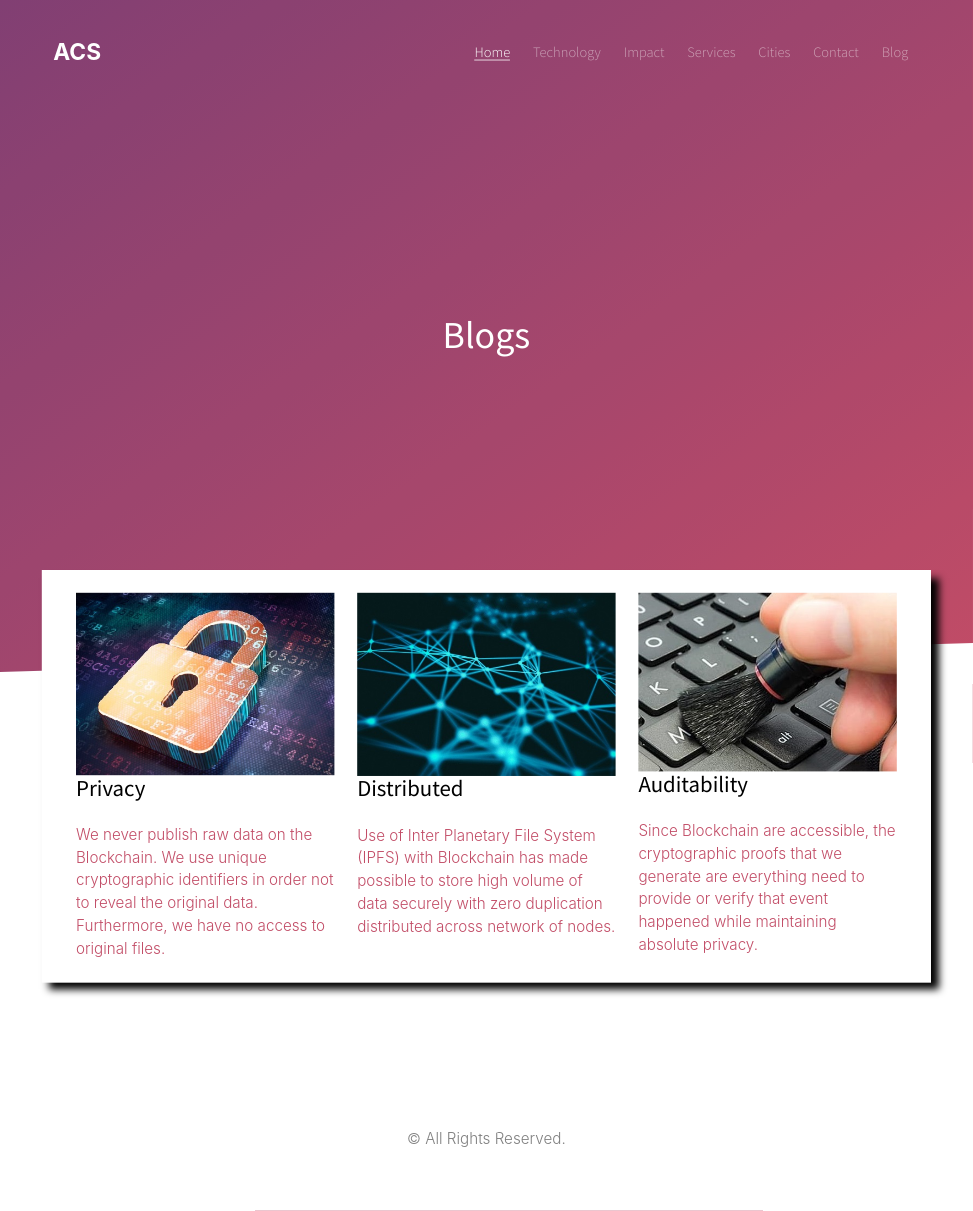
Repository: agarwalrahul-22/acs
Page: /blog
These files come from the project's save history. The page is drawn as it stood at one moment and after the next save; the edit follows.
The browser window is 1280 px wide. The pictures show the whole page, at 76% of full size.
Some web fonts or font styles are not loaded; a fallback is used. The project was rebuilt for these pictures with package versions that can differ from the ones it lists, and the page was loaded fresh each time. Also part of the build but not shown: src/components/main/LandingComponent.js, src/components/main/TechComponent.js, src/components/main/ImpactComponent.js, src/components/main/ServicesComponent.js, src/components/main/CitiesComponent.js, src/components/MainComponent.js.

Above is the page before, as saved 2022-10-10 22:07:30.

### public/index.html
<!DOCTYPE html>
<html lang="en">
  <head>
    <meta charset="utf-8" />
    <link rel="icon" href="%PUBLIC_URL%/favicon.ico" />
    <meta name="viewport" content="width=device-width, initial-scale=1" />
    <meta name="theme-color" content="#000000" />
    <meta name="description" content="Blockchain based Atithi Compliance System" />
    <link rel="apple-touch-icon" href="%PUBLIC_URL%/logo192.png" />
    <link href='https://fonts.googleapis.com/css?family=Source+Sans+Pro:400,300,600,400italic,700' rel='stylesheet'
      type='text/css'>
    <link rel="stylesheet" href="css/animate.css">
    <link rel="stylesheet" href="css/icomoon.css">
    <link rel="stylesheet" href="css/simple-line-icons.css">
    <link rel="stylesheet" href="css/magnific-popup.css">
    <link rel="stylesheet" href="css/bootstrap.css">
    <link rel="stylesheet" href="css/style3.css">
    <!--
      manifest.json provides metadata used when your web app is installed on a
      user's mobile device or desktop. See https://developers.google.com/web/fundamentals/web-app-manifest/
    -->
    <link rel="manifest" href="%PUBLIC_URL%/manifest.json" />
    <!--
      Notice the use of %PUBLIC_URL% in the tags above.
      It will be replaced with the URL of the `public` folder during the build.
      Only files inside the `public` folder can be referenced from the HTML.

      Unlike "/favicon.ico" or "favicon.ico", "%PUBLIC_URL%/favicon.ico" will
      work correctly both with client-side routing and a non-root public URL.
      Learn how to configure a non-root public URL by running `npm run build`.
    -->
    <title>Atithi Compliance System</title>
  </head>
  <body>
    <noscript>You need to enable JavaScript to run this app.</noscript>
    <div id="root"></div>
    <!--
      This HTML file is a template.
      If you open it directly in the browser, you will see an empty page.

      You can add webfonts, meta tags, or analytics to this file.
      The build step will place the bundled scripts into the <body> tag.

      To begin the development, run `npm start` or `yarn start`.
      To create a production bundle, use `npm run build` or `yarn build`.
    -->
  </body>
</html>

### src/components/BlogComponent.js
import React from 'react'
import report from "../images/report.svg";
import blockchain from "../images/blockchain.svg";
import img7 from "../images/img_7.jpg";
import img8 from "../images/img_8.jpg";
import img10 from "../images/img_10.jpg";
import fullimage2 from "../images/full_image_2.jpg";
import privacy from "../images/privacy_acs.jpg";
import distributed from "../images/distributed_acs.jpg";
import audit from "../images/audit_acs.jpg";
function BlogComponent() {
  return (
    <div>
      <section
        id="fh5co-home"
        data-section="home"
        style={{ backgroundImage: { fullimage2 } }}
        data-stellar-background-ratio="0.5"
      >
        <div className="gradient"></div>
        <div className="container">
          <div className="text-wrap">
            <div className="text-inner">
              <h1 className="to-animate">Blogs </h1>
            </div>
          </div>
        </div>
        <div className="slant"></div>
      </section>
      <section id="fh5co-intro">
        <div className="container">
          <div className="row row-bottom-padded-lg"
          style={{backgroundColor:'white', padding:'30px', boxShadow:'10px 10px 10px black'}}
          >
            <div className="col-md-4 col-sm-6 col-xxs-12">
              <a
                href={privacy}
                className="fh5co-project-item image-popup to-animate"
              >
                <img src={privacy} alt="Image" className="img-responsive" />
                <div className="fh5co-text">
                  <h2>Privacy</h2>
                  <span>
                    We never publish raw data on the Blockchain. We use unique
                    cryptographic identifiers in order not to reveal the
                    original data. Furthermore, we have no access to original
                    files.
                  </span>
                </div>
              </a>
            </div>
            <div className="col-md-4 col-sm-6 col-xxs-12">
              <a
                href={distributed}
                className="fh5co-project-item image-popup to-animate"
              >
                <img src={distributed} alt="Image" className="img-responsive" />
                <div className="fh5co-text">
                  <h2>Distributed</h2>
                  <span>
                    Use of Inter Planetary File System (IPFS) with Blockchain
                    has made possible to store high volume of data securely with
                    zero duplication distributed across network of nodes.
                  </span>
                </div>
              </a>
            </div>
            <div className="col-md-4 col-sm-6 col-xxs-12">
              <a
                href={audit}
                className="fh5co-project-item image-popup to-animate"
              >
                <img src={audit} alt="Image" className="img-responsive" />
                <div className="fh5co-text">
                  <h2>Auditability</h2>
                  <span>
                    Since Blockchain are accessible, the cryptographic proofs
                    that we generate are everything need to provide or verify
                    that event happened while maintaining absolute privacy.
                  </span>
                </div>
              </a>
            </div>
          </div>
        </div>
      </section>
    </div>
  );
}

export default BlogComponent;

### public/css/simple-line-icons.css
@font-face {
  font-family: 'simple-line-icons';
  src:  url('../fonts/simple-line-icons/Simple-Line-Icons.eot?v=2.2.2');
  src:  url('../fonts/simple-line-icons/Simple-Line-Icons.eot?#iefix&v=2.2.2') format('embedded-opentype'),
        url('../fonts/simple-line-icons/Simple-Line-Icons.ttf?v=2.2.2') format('truetype'),
        url('../fonts/simple-line-icons/Simple-Line-Icons.woff2?v=2.2.2') format('woff2'),
        url('../fonts/simple-line-icons/Simple-Line-Icons.woff?v=2.2.2') format('woff'),
        url('../fonts/simple-line-icons/Simple-Line-Icons.svg?v=2.2.2#simple-line-icons') format('svg');
  font-weight: normal;
  font-style: normal;
}
/*
 Use the following CSS code if you want to have a class per icon.
 Instead of a list of all class selectors, you can use the generic [class*="icon-"] selector, but it's slower:
*/
.icon-user,
.icon-people,
.icon-user-female,
.icon-user-follow,
.icon-user-following,
.icon-user-unfollow,
.icon-login,
.icon-logout,
.icon-emotsmile,
.icon-phone,
.icon-call-end,
.icon-call-in,
.icon-call-out,
.icon-map,
.icon-location-pin,
.icon-direction,
.icon-directions,
.icon-compass,
.icon-layers,
.icon-menu,
.icon-list,
.icon-options-vertical,
.icon-options,
.icon-arrow-down,
.icon-arrow-left,
.icon-arrow-right,
.icon-arrow-up,
.icon-arrow-up-circle,
.icon-arrow-left-circle,
.icon-arrow-right-circle,
.icon-arrow-down-circle,
.icon-check,
.icon-clock,
.icon-plus,
.icon-close,
.icon-trophy,
.icon-screen-smartphone,
.icon-screen-desktop,
.icon-plane,
.icon-notebook,
.icon-mustache,
.icon-mouse,
.icon-magnet,
.icon-energy,
.icon-disc,
.icon-cursor,
.icon-cursor-move,
.icon-crop,
.icon-chemistry,
.icon-speedometer,
.icon-shield,
.icon-screen-tablet,
.icon-magic-wand,
.icon-hourglass,
.icon-graduation,
.icon-ghost,
.icon-game-controller,
.icon-fire,
.icon-eyeglass,
.icon-envelope-open,
.icon-envelope-letter,
.icon-bell,
.icon-badge,
.icon-anchor,
.icon-wallet,
.icon-vector,
.icon-speech,
.icon-puzzle,
.icon-printer,
.icon-present,
.icon-playlist,
.icon-pin,
.icon-picture,
.icon-handbag,
.icon-globe-alt,
.icon-globe,
.icon-folder-alt,
.icon-folder,
.icon-film,
.icon-feed,
.icon-drop,
.icon-drawar,
.icon-docs,
.icon-doc,
.icon-diamond,
.icon-cup,
.icon-calculator,
.icon-bubbles,
.icon-briefcase,
.icon-book-open,
.icon-basket-loaded,
.icon-basket,
.icon-bag,
.icon-action-undo,
.icon-action-redo,
.icon-wrench,
.icon-umbrella,
.icon-trash,
.icon-tag,
.icon-support,
.icon-frame,
.icon-size-fullscreen,
.icon-size-actual,
.icon-shuffle,
.icon-share-alt,
.icon-share,
.icon-rocket,
.icon-question,
.icon-pie-chart,
.icon-pencil,
.icon-note,
.icon-loop,
.icon-home,
.icon-grid,
.icon-graph,
.icon-microphone,
.icon-music-tone-alt,
.icon-music-tone,
.icon-earphones-alt,
.icon-earphones,
.icon-equalizer,
.icon-like,
.icon-dislike,
.icon-control-start,
.icon-control-rewind,
.icon-control-play,
.icon-control-pause,
.icon-control-forward,
.icon-control-end,
.icon-volume-1,
.icon-volume-2,
.icon-volume-off,
.icon-calendar,
.icon-bulb,
.icon-chart,
.icon-ban,
.icon-bubble,
.icon-camrecorder,
.icon-camera,
.icon-cloud-download,
.icon-cloud-upload,
.icon-envelope,
.icon-eye,
.icon-flag,
.icon-heart,
.icon-info,
.icon-key,
.icon-link,
.icon-lock,
.icon-lock-open,
.icon-magnifier,
.icon-magnifier-add,
.icon-magnifier-remove,
.icon-paper-clip,
.icon-paper-plane,
.icon-power,
.icon-refresh,
.icon-reload,
.icon-settings,
.icon-star,
.icon-symble-female,
.icon-symbol-male,
.icon-target,
.icon-credit-card,
.icon-paypal,
.icon-social-tumblr,
.icon-social-twitter,
.icon-social-facebook,
.icon-social-instagram,
.icon-social-linkedin,
.icon-social-pinterest,
.icon-social-github,
.icon-social-gplus,
.icon-social-reddit,
.icon-social-skype,
.icon-social-dribbble,
.icon-social-behance,
.icon-social-foursqare,
.icon-social-soundcloud,
.icon-social-spotify,
.icon-social-stumbleupon,
.icon-social-youtube,
.icon-social-dropbox {
  font-family: 'simple-line-icons';
  speak: none;
  font-style: normal;
  font-weight: normal;
  font-variant: normal;
  text-transform: none;
  line-height: 1;
  /* Better Font Rendering =========== */
  -webkit-font-smoothing: antialiased;
  -moz-osx-font-smoothing: grayscale;
}
.icon-user:before {
  content: "\e005";
}
.icon-people:before {
  content: "\e001";
}
.icon-user-female:before {
  content: "\e000";
}
.icon-user-follow:before {
  content: "\e002";
}
.icon-user-following:before {
  content: "\e003";
}
.icon-user-unfollow:before {
  content: "\e004";
}
.icon-login:before {
  content: "\e066";
}
.icon-logout:before {
  content: "\e065";
}
.icon-emotsmile:before {
  content: "\e021";
}
.icon-phone:before {
  content: "\e600";
}
.icon-call-end:before {
  content: "\e048";
}
.icon-call-in:before {
  content: "\e047";
}
.icon-call-out:before {
  content: "\e046";
}
.icon-map:before {
  content: "\e033";
}
.icon-location-pin:before {
  content: "\e096";
}
.icon-direction:before {
  content: "\e042";
}
.icon-directions:before {
  content: "\e041";
}
.icon-compass:before {
  content: "\e045";
}
.icon-layers:before {
  content: "\e034";
}
.icon-menu:before {
  content: "\e601";
}
.icon-list:before {
  content: "\e067";
}
.icon-options-vertical:before {
  content: "\e602";
}
.icon-options:before {
  content: "\e603";
}
.icon-arrow-down:before {
  content: "\e604";
}
.icon-arrow-left:before {
  content: "\e605";
}
.icon-arrow-right:before {
  content: "\e606";
}
.icon-arrow-up:before {
  content: "\e607";
}
.icon-arrow-up-circle:before {
  content: "\e078";
}
.icon-arrow-left-circle:before {
  content: "\e07a";
}
.icon-arrow-right-circle:before {
  content: "\e079";
}
.icon-arrow-down-circle:before {
  content: "\e07b";
}
.icon-check:before {
  content: "\e080";
}
.icon-clock:before {
  content: "\e081";
}
.icon-plus:before {
  content: "\e095";
}
.icon-close:before {
  content: "\e082";
}
.icon-trophy:before {
  content: "\e006";
}
.icon-screen-smartphone:before {
  content: "\e010";
}
.icon-screen-desktop:before {
  content: "\e011";
}
.icon-plane:before {
  content: "\e012";
}
.icon-notebook:before {
  content: "\e013";
}
.icon-mustache:before {
  content: "\e014";
}
.icon-mouse:before {
  content: "\e015";
}
.icon-magnet:before {
  content: "\e016";
}
.icon-energy:before {
  content: "\e020";
}
.icon-disc:before {
  content: "\e022";
}
.icon-cursor:before {
  content: "\e06e";
}
.icon-cursor-move:before {
  content: "\e023";
}
.icon-crop:before {
  content: "\e024";
}
.icon-chemistry:before {
  content: "\e026";
}
.icon-speedometer:before {
  content: "\e007";
}
.icon-shield:before {
  content: "\e00e";
}
.icon-screen-tablet:before {
  content: "\e00f";
}
.icon-magic-wand:before {
  content: "\e017";
}
.icon-hourglass:before {
  content: "\e018";
}
.icon-graduation:before {
  content: "\e019";
}
.icon-ghost:before {
  content: "\e01a";
}
.icon-game-controller:before {
  content: "\e01b";
}
.icon-fire:before {
  content: "\e01c";
}
.icon-eyeglass:before {
  content: "\e01d";
}
.icon-envelope-open:before {
  content: "\e01e";
}
.icon-envelope-letter:before {
  content: "\e01f";
}
.icon-bell:before {
  content: "\e027";
}
.icon-badge:before {
  content: "\e028";
}
.icon-anchor:before {
  content: "\e029";
}
.icon-wallet:before {
  content: "\e02a";
}
.icon-vector:before {
  content: "\e02b";
}
.icon-speech:before {
  content: "\e02c";
}
.icon-puzzle:before {
  content: "\e02d";
}
.icon-printer:before {
  content: "\e02e";
}
.icon-present:before {
  content: "\e02f";
}
.icon-playlist:before {
  content: "\e030";
}
.icon-pin:before {
  content: "\e031";
}
.icon-picture:before {
  content: "\e032";
}
.icon-handbag:before {
  content: "\e035";
}
.icon-globe-alt:before {
  content: "\e036";
}
.icon-globe:before {
  content: "\e037";
}
.icon-folder-alt:before {
  content: "\e039";
}
.icon-folder:before {
  content: "\e089";
}
.icon-film:before {
  content: "\e03a";
}
.icon-feed:before {
  content: "\e03b";
}
.icon-drop:before {
  content: "\e03e";
}
.icon-drawar:before {
  content: "\e03f";
}
.icon-docs:before {
  content: "\e040";
}
.icon-doc:before {
  content: "\e085";
}
.icon-diamond:before {
  content: "\e043";
}
.icon-cup:before {
  content: "\e044";
}
.icon-calculator:before {
  content: "\e049";
}
.icon-bubbles:before {
  content: "\e04a";
}
.icon-briefcase:before {
  content: "\e04b";
}
.icon-book-open:before {
  content: "\e04c";
}
.icon-basket-loaded:before {
  content: "\e04d";
}
.icon-basket:before {
  content: "\e04e";
}
.icon-bag:before {
  content: "\e04f";
}
.icon-action-undo:before {
  content: "\e050";
}
.icon-action-redo:before {
  content: "\e051";
}
.icon-wrench:before {
  content: "\e052";
}
.icon-umbrella:before {
  content: "\e053";
}
.icon-trash:before {
  content: "\e054";
}
.icon-tag:before {
  content: "\e055";
}
.icon-support:before {
  content: "\e056";
}
.icon-frame:before {
  content: "\e038";
}
.icon-size-fullscreen:before {
  content: "\e057";
}
.icon-size-actual:before {
  content: "\e058";
}
.icon-shuffle:before {
  content: "\e059";
}
.icon-share-alt:before {
  content: "\e05a";
}
.icon-share:before {
  content: "\e05b";
}
.icon-rocket:before {
  content: "\e05c";
}
.icon-question:before {
  content: "\e05d";
}
.icon-pie-chart:before {
  content: "\e05e";
}
.icon-pencil:before {
  content: "\e05f";
}
.icon-note:before {
  content: "\e060";
}
.icon-loop:before {
  content: "\e064";
}
.icon-home:before {
  content: "\e069";
}
.icon-grid:before {
  content: "\e06a";
}
.icon-graph:before {
  content: "\e06b";
}
.icon-microphone:before {
  content: "\e063";
}
.icon-music-tone-alt:before {
  content: "\e061";
}
.icon-music-tone:before {
  content: "\e062";
}
.icon-earphones-alt:before {
  content: "\e03c";
}
.icon-earphones:before {
  content: "\e03d";
}
.icon-equalizer:before {
  content: "\e06c";
}
.icon-like:before {
  content: "\e068";
}
.icon-dislike:before {
  content: "\e06d";
}
.icon-control-start:before {
  content: "\e06f";
}
.icon-control-rewind:before {
  content: "\e070";
}
.icon-control-play:before {
  content: "\e071";
}
.icon-control-pause:before {
  content: "\e072";
}
.icon-control-forward:before {
  content: "\e073";
}
.icon-control-end:before {
  content: "\e074";
}
.icon-volume-1:before {
  content: "\e09f";
}
.icon-volume-2:before {
  content: "\e0a0";
}
.icon-volume-off:before {
  content: "\e0a1";
}
.icon-calendar:before {
  content: "\e075";
}
.icon-bulb:before {
  content: "\e076";
}
.icon-chart:before {
  content: "\e077";
}
.icon-ban:before {
  content: "\e07c";
}
.icon-bubble:before {
  content: "\e07d";
}
.icon-camrecorder:before {
  content: "\e07e";
}
.icon-camera:before {
  content: "\e07f";
}
.icon-cloud-download:before {
  content: "\e083";
}
.icon-cloud-upload:before {
  content: "\e084";
}
.icon-envelope:before {
  content: "\e086";
}
.icon-eye:before {
  content: "\e087";
}
.icon-flag:before {
  content: "\e088";
}
.icon-heart:before {
  content: "\e08a";
}
.icon-info:before {
  content: "\e08b";
}
.icon-key:before {
  content: "\e08c";
}
.icon-link:before {
  content: "\e08d";
}
.icon-lock:before {
  content: "\e08e";
}
.icon-lock-open:before {
  content: "\e08f";
}
.icon-magnifier:before {
  content: "\e090";
}
.icon-magnifier-add:before {
  content: "\e091";
}
.icon-magnifier-remove:before {
  content: "\e092";
}
.icon-paper-clip:before {
  content: "\e093";
}
.icon-paper-plane:before {
  content: "\e094";
}
.icon-power:before {
  content: "\e097";
}
.icon-refresh:before {
  content: "\e098";
}
.icon-reload:before {
  content: "\e099";
}
.icon-settings:before {
  content: "\e09a";
}
.icon-star:before {
  content: "\e09b";
}
.icon-symble-female:before {
  content: "\e09c";
}
.icon-symbol-male:before {
  content: "\e09d";
}
.icon-target:before {
  content: "\e09e";
}
.icon-credit-card:before {
  content: "\e025";
}
.icon-paypal:before {
  content: "\e608";
}
.icon-social-tumblr:before {
  content: "\e00a";
}
.icon-social-twitter:before {
  content: "\e009";
}
.icon-social-facebook:before {
  content: "\e00b";
}
.icon-social-instagram:before {
  content: "\e609";
}
.icon-social-linkedin:before {
  content: "\e60a";
}
.icon-social-pinterest:before {
  content: "\e60b";
}
.icon-social-github:before {
  content: "\e60c";
}
.icon-social-gplus:before {
  content: "\e60d";
}
.icon-social-reddit:before {
  content: "\e60e";
}
.icon-social-skype:before {
  content: "\e60f";
}
.icon-social-dribbble:before {
  content: "\e00d";
}
.icon-social-behance:before {
  content: "\e610";
}
.icon-social-foursqare:before {
  content: "\e611";
}
.icon-social-soundcloud:before {
  content: "\e612";
}
.icon-social-spotify:before {
  content: "\e613";
}
.icon-social-stumbleupon:before {
  content: "\e614";
}
.icon-social-youtube:before {
  content: "\e008";
}
.icon-social-dropbox:before {
  content: "\e00c";
}

Loaded but not shown: src/index.js (common file); src/index.css (common file); src/reportWebVitals.js (common file); public/css/animate.css (library); public/css/icomoon.css (common file); public/css/magnific-popup.css (library); public/css/bootstrap.css (library); src/components/HeaderComponent.js (68 lines, source omitted); src/App.js (35 lines, source omitted); src/components/FooterComponent.js (20 lines, source omitted); public/css/style3.css (1411 lines, source omitted)

After the next save:
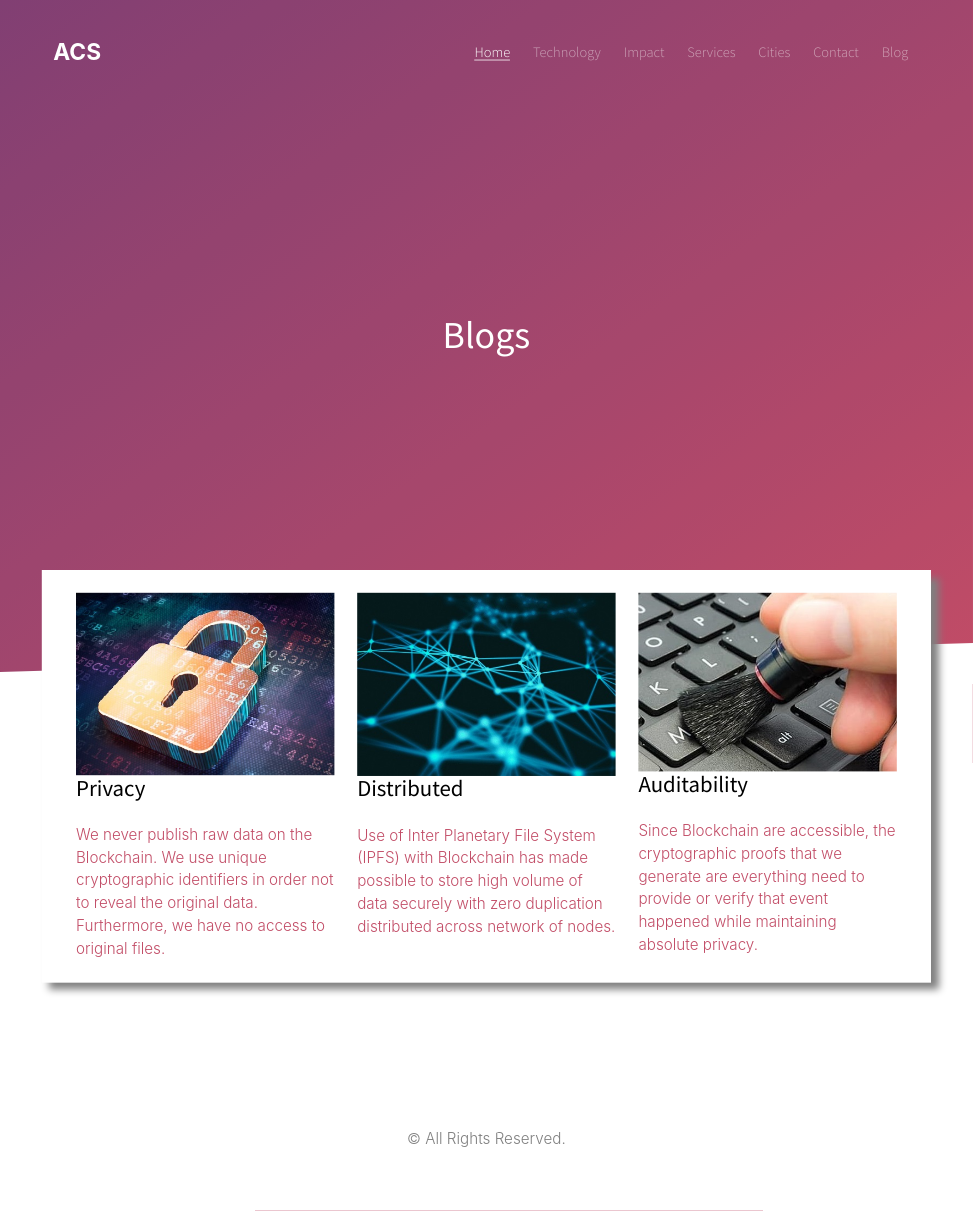
Saved 11 s later.
--- a/src/components/BlogComponent.js
+++ b/src/components/BlogComponent.js
@@ -30,7 +30,7 @@ function BlogComponent() {
       <section id="fh5co-intro">
         <div className="container">
           <div className="row row-bottom-padded-lg"
-          style={{backgroundColor:'white', padding:'30px', boxShadow:'10px 10px 10px black'}}
+          style={{backgroundColor:'white', padding:'30px', boxShadow:'10px 10px 10px grey'}}
           >
             <div className="col-md-4 col-sm-6 col-xxs-12">
               <a
